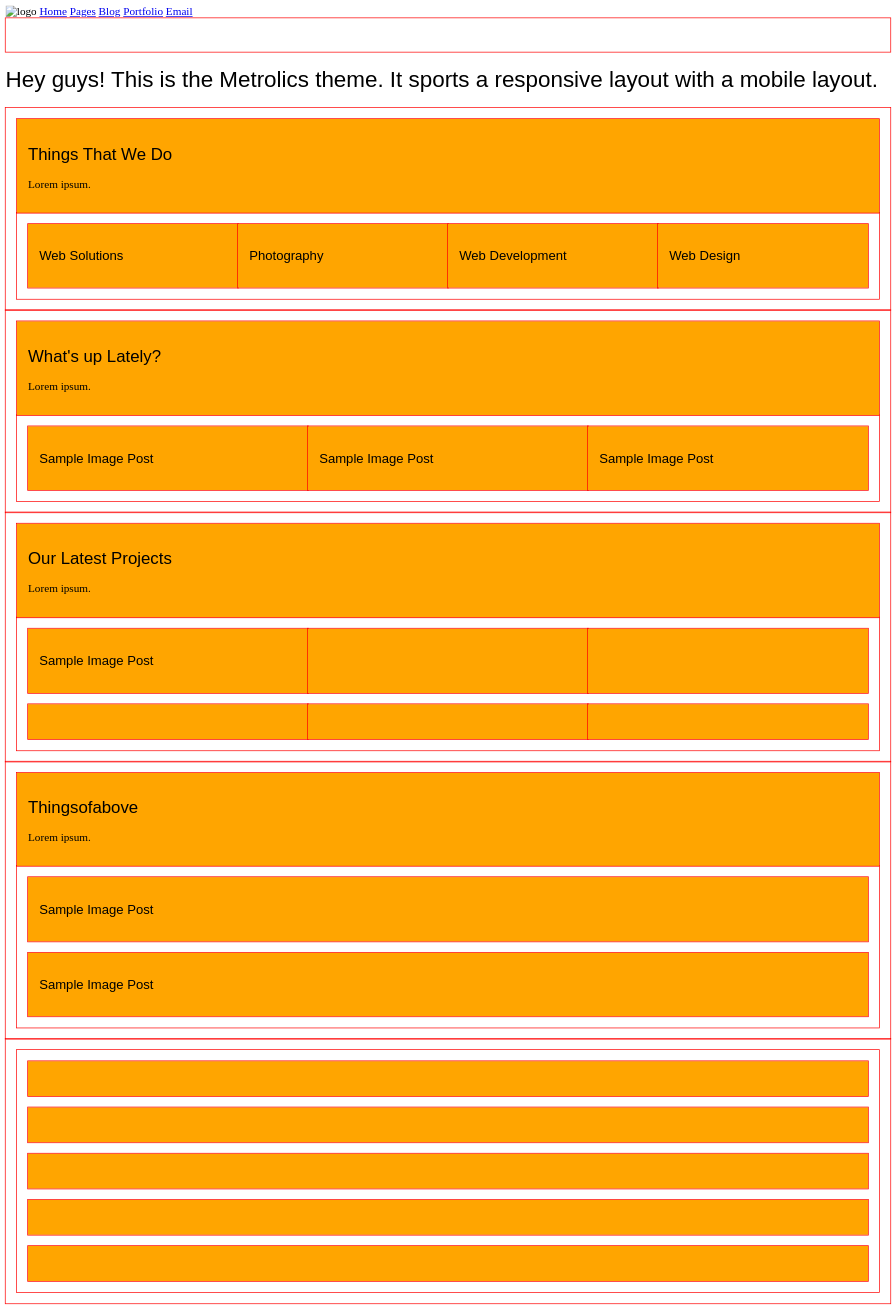
Repository: pjiang604/mdia2003-lab03b
Page: index.html
These files come from the project's save history. The page is drawn as it stood at one moment and after the next save; the edit follows.
The browser window is 1280 px wide. The pictures show the whole page, at 70% of full size.

Above is the page before, as saved 2023-01-24 00:17:55.

### index.html
<!DOCTYPE html>
<html lang="en">

<head>
    <meta charset="UTF-8">
    <meta http-equiv="X-UA-Compatible" content="IE=edge">
    <meta name="viewport" content="width=device-width, initial-scale=1.0">
    <title>Document</title>
    <link rel="stylesheet" href="style.css">
    <link rel="preconnect" href="https://fonts.google.com/specimen/Ubuntu?query=ubuntu">
</head>

<body>
    <nav>
        <img src="" alt="logo" class="logo">
        <a href="/">Home</a>
        <a href="/">Pages</a>
        <a href="/">Blog</a>
        <a href="/">Portfolio</a>
        <a href="/">Email</a>
    </nav>
    <div class="carousel">

    </div>
    <h1>Hey guys! This is the Metrolics theme. It sports a responsive layout with a mobile layout.</h1>
    <div class="topRow">
        <div class="col">
            <h2>Things That We Do</h2>
            <p>Lorem ipsum.</p>
        </div>
        <div class="row m-col-2 l-col-2">
            <div class="col">
                <h3>Web Solutions</h3>
            </div>
            <div class="col">
                <h3>Photography</h3>
            </div>
            <div class="col">
                <h3>Web Development</h3>
            </div>
            <div class="col">
                <h3>Web Design</h3>
            </div>
        </div>
    </div>
    <div class="secondRow">
        <div class="col">
            <h2>What's up Lately?</h2>
            <p>Lorem ipsum.</p>
        </div>
        <div class="row m-col-3 l-col-3">
            <div class="col">
                <h3>Sample Image Post</h3>
            </div>
            <div class="col">
                <h3>Sample Image Post</h3>
            </div>
            <div class="col">
                <h3>Sample Image Post</h3>
            </div>
        </div>
    </div>
    <div class="thirdRow">
        <div class="col">
            <h2>Our Latest Projects</h2>
            <p>Lorem ipsum.</p>
        </div>
        <div class="row m-col-4 l-col-4">
            <div class="col">
                <h3>Sample Image Post</h3>
            </div>
            <div class="col">
                <img src="" alt="">
            </div>
            <div class="col">
                <img src="" alt="">
            </div>
            <div class="col">
                <img src="" alt="">
            </div>
            <div class="col">
                <img src="" alt="">
            </div>
            <div class="col">
                <img src="" alt="">
            </div>
        </div>
    </div>
    <div class="fourthRow">
        <div class="col">
            <h2>Thingsofabove</h2>
            <p>Lorem ipsum.</p>
        </div>
        <div class="row m-col-5 l-col-5">
            <div class="col">
                <h3>Sample Image Post</h3>
            </div>
            <div class="col">
                <h3>Sample Image Post</h3>
            </div>
        </div>
    </div>
    <div class="companies">
        <div class="row m-col-3">
            <div class="col">
                <img src="" alt="">
            </div>
            <div class="col">
                <img src="" alt="">
            </div>
            <div class="col">
                <img src="" alt="">
            </div>
            <div class="col">
                <img src="" alt="">
            </div>
            <div class="col">
                <img src="" alt="">
            </div>
        </div>
    </div>
    <footer>

    </footer>
</body>

</html>

### style.css
div {
    outline: 1px solid red;
    min-height: 1rem;
    padding: 1rem;
}

h1,
h2,
h3,
h4,
h5,
h6 {
    font-family: Ubuntu, sans-serif;
    font-weight:300;
}

.row {
    display:grid;
    row-gap: 1rem;
}

.col {
    position:relative;
    background-color: orange;
}


/** small/mobile version */
@media screen and (max-width:39.9375em) {
    .m-col-2 {
        grid-template-columns: 1fr 1fr;
    }

}

/** medium and up. applicable for both tablet and mobile version */
@media screen and (max-width:40em) {
    .row {
        max-width: 70em;
        column-gap: 1.5rem;
        row-gap: 1.5rem;
        margin: 0 auto;
    }

    .m-col-2 {
        grid-template-columns: 4fr;
    }

    .m-col-3 {
        grid-template-columns: repeat(3fr, 1);
    }

    .m-col-5 {
        grid-template-columns: repeat(2fr, 1);
    }
}

/** medium only */
@media screen and (min-width:40em) and (max-width:63.9375em) {

}

/** large only */
@media screen and (min-width:64em) {
    .l-col-2 {
        grid-template-columns: repeat(4, 1fr);
    }

    .l-col-3 {
        grid-template-columns: repeat(3, 1fr);
    }

    .l-col-4 {
        grid-template-columns: repeat(3, 2fr);
    }
}

After the next save:
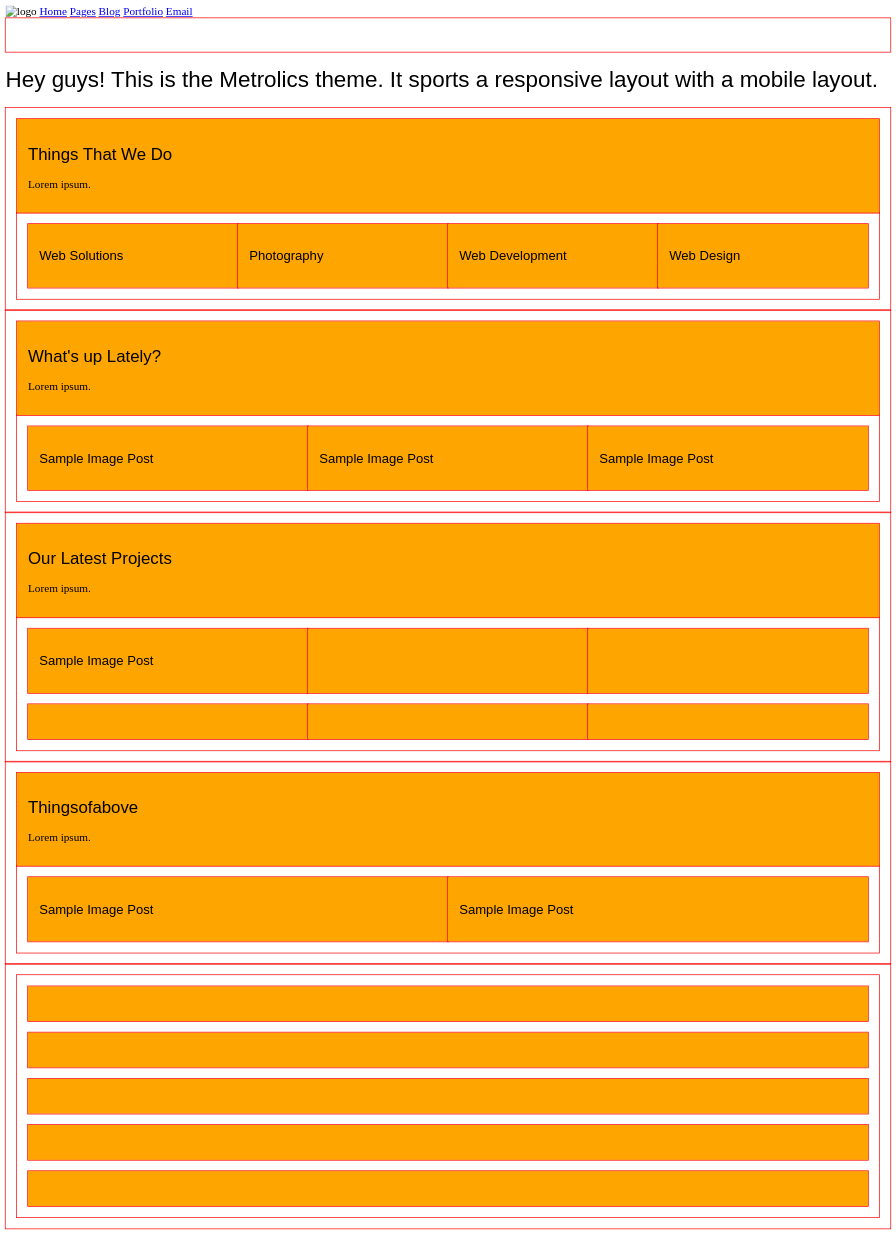
Saved 12 s later.
--- a/style.css
+++ b/style.css
@@ -73,4 +73,8 @@ h6 {
     .l-col-4 {
         grid-template-columns: repeat(3, 2fr);
     }
+
+    .l-col-5 {
+        grid-template-columns: repeat(2, 1fr);
+    }
 }
